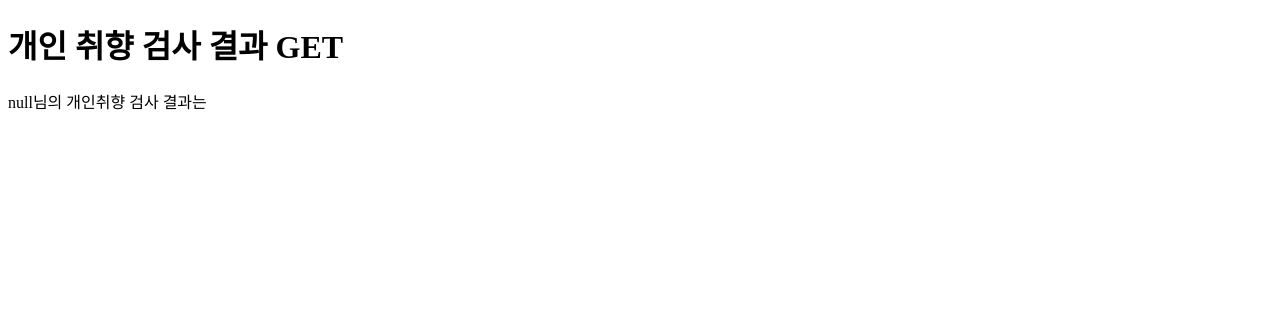
Repository: kianpas/KH_Server
Page: http://localhost/01_helloweb/testPerson1.do
An editor plug-in stored every save of this project. The page is shown before and after the next save, followed by the edit.
The browser window is 1280 px wide. The pictures show the whole page.
The page is served by Tomcat 9. Other server files are loaded and not shown.

Above is the page before, as saved 2021-03-22 11:23:49.

### 01_helloweb/src/com/kh/web/servlet/TestPerson1Servlet.java
package com.kh.web.servlet;

import java.io.IOException;
import java.io.PrintWriter;
import java.util.Arrays;

import javax.servlet.ServletConfig;
import javax.servlet.ServletException;
import javax.servlet.http.HttpServlet;
import javax.servlet.http.HttpServletRequest;
import javax.servlet.http.HttpServletResponse;

/**
 * Servlet
 * webservice를 위한 java class
 * HttpServlet을 상속
 *
 * Servlet 생명주기
 * - was구동내내 딱 하나의 객체만 만들어져서 처리된다. (singleton방식)
 * 1. Servlet객체생성(기본 생성자 호출) - 최초 client호출시 1회 - 톰캣이 알아서
 * 2. init메소드 호출 				  - 최초 client호출시 1회
 * 3. HttpServlet의 service메소드 호출 - client매요청마다
 * 4. 전송방식에 따라 doGet | doPost 호출 - client매요청마다
 * 5. destroy호출(tomcat종료시 객체 반환.) - 마지막 1회
 *
 */

public class TestPerson1Servlet extends HttpServlet{


	/**
	 * 기본생성자
	 */
	public TestPerson1Servlet() {
		super();
		System.out.println("기본생성자 TestPerson1Servlet() 호출!");

	}
	@Override
	public void init(ServletConfig config) {
		System.out.println("init(ServletConfig) 호출!");
	}

	@Override
	public void destroy() {
		System.out.println("destory() 호출!");
	}

	@Override
	public void doGet(HttpServletRequest request, HttpServletResponse response)

		throws IOException, ServletException {
			//매 요청시 사용되는 servlet객체는 동일하다.
			System.out.println(this.hashCode());

			//1. 사용자입력값 가져오기
			String name = request.getParameter("name");
			String color = request.getParameter("color");
			String animal = request.getParameter("animal");
			String[] foodArr = request.getParameterValues("food");

			System.out.println("name = " + name);
			System.out.println("color = " + color);
			System.out.println("animal = " + animal);
			System.out.println("foodArr = " + Arrays.toString(foodArr));

			//2. 응답메시지 작성 : html
			response.setContentType("text/html; charset=utf-8");
			PrintWriter out = response.getWriter();
			out.println("<!DOCTYPE html>");
			out.println("<html>");
			out.println("<head>");
			out.println("<title>개취 검사 결과</title>");
			out.println("</head>");
			out.println("<body>");
			out.println("<h1>개인 취향 검사 결과 GET</h1>");
			out.println("<p>"+ name + "님의 개인취향 검사 결과는 " + "</p>");


			out.println("</html>");
		}

}

After the next save:
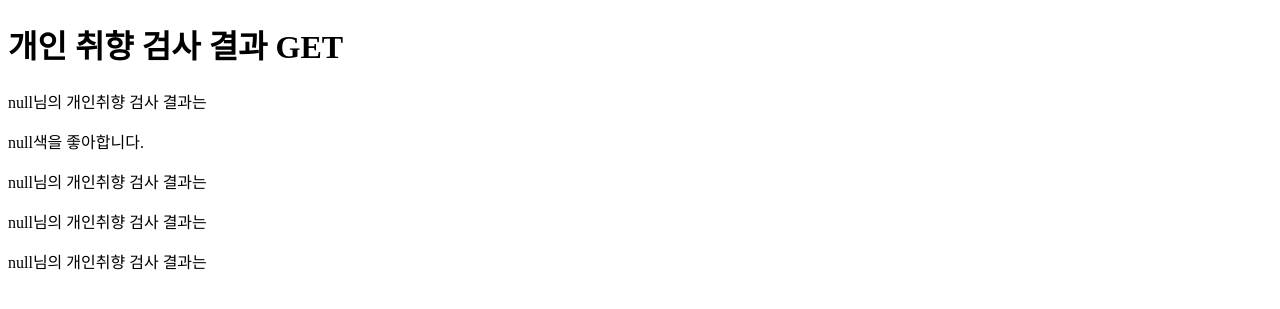
Saved 27 s later.
--- a/01_helloweb/src/com/kh/web/servlet/TestPerson1Servlet.java
+++ b/01_helloweb/src/com/kh/web/servlet/TestPerson1Servlet.java
@@ -75,6 +75,10 @@ public class TestPerson1Servlet extends HttpServlet{
 			out.println("<body>");
 			out.println("<h1>개인 취향 검사 결과 GET</h1>");
 			out.println("<p>"+ name + "님의 개인취향 검사 결과는 " + "</p>");
+			out.println("<p>"+ color + "색을 좋아합니다." + "</p>");
+			out.println("<p>"+ name + "님의 개인취향 검사 결과는 " + "</p>");
+			out.println("<p>"+ name + "님의 개인취향 검사 결과는 " + "</p>");
+			out.println("<p>"+ name + "님의 개인취향 검사 결과는 " + "</p>");
 
 
 			out.println("</html>");
